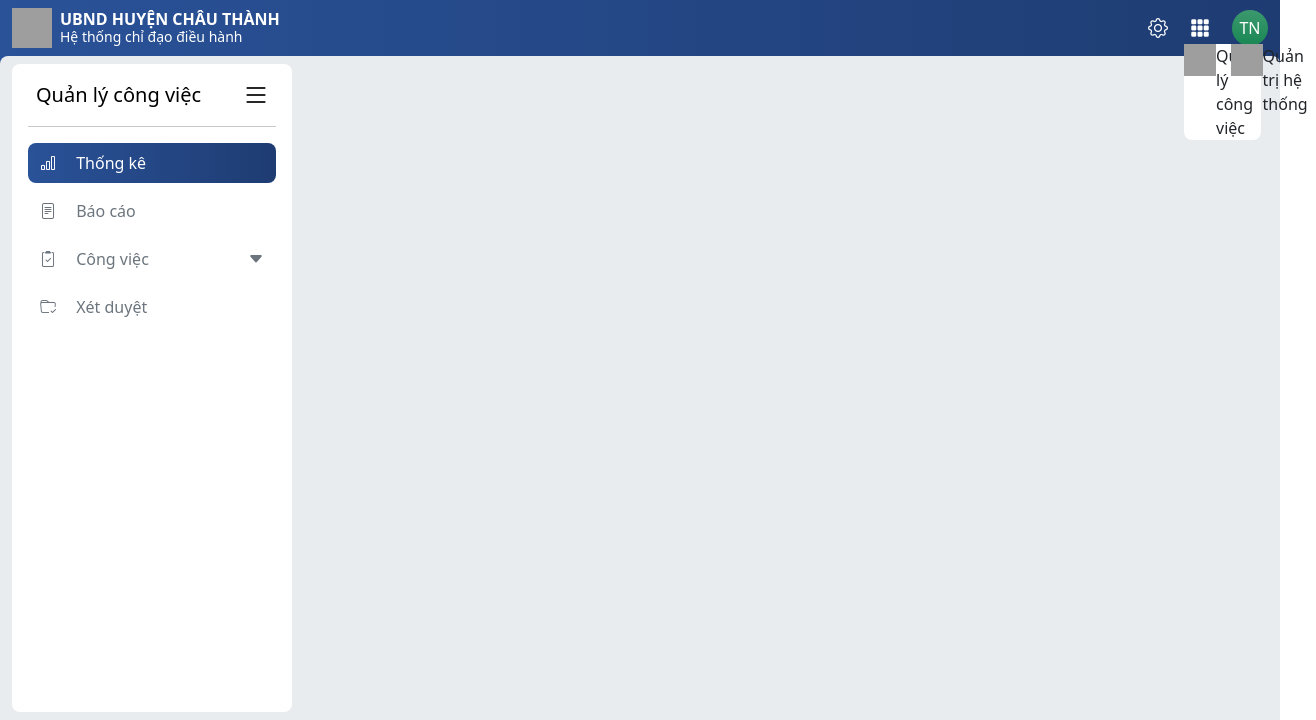
Repository: mys-pro/DATT-HeThongChiDaoDieuHanh
Page: index.html
The author's editor kept a copy of each file at every save. The page is drawn from the files as they stood at one save, then again after a run of saves.
The browser window is 1280 px wide. The page is 1308 px wide, then 1316 px, so the pictures cover 1316 px, including what lies to the right of the window. The pictures show the whole page.
Pictures or frames that could not be fetched are drawn as grey boxes.

Above is the page before, as saved 2024-04-21 15:04:01.

After the next 2 saves:
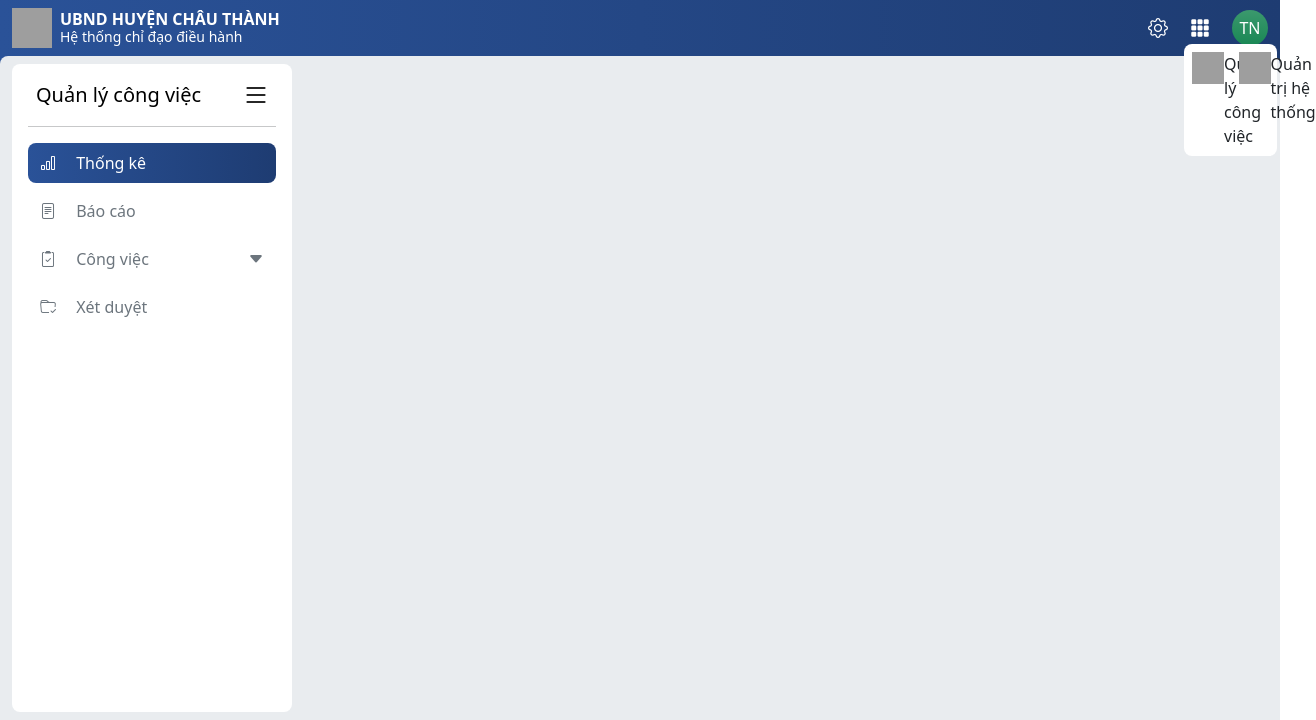
The 2 saves are shown as one change because they came seconds apart.
The last was saved 8 s later.
--- a/index.html
+++ b/index.html
@@ -38,7 +38,7 @@
                                 id="dropdown-apps">
                                 <i class="bi bi-grid-3x3-gap-fill fs-5"></i>
                             </button>
-                            <div class="list-apps bg-white rounded-3 position-absolute">
+                            <div class="list-apps bg-white rounded-3 position-absolute p-2">
                                 <div class="row row-cols-2 gx-3">
                                     <div class="col d-flex">
                                         <img src="./Assets/Image/task-icon.png" alt="" width="32px" height="32px">
